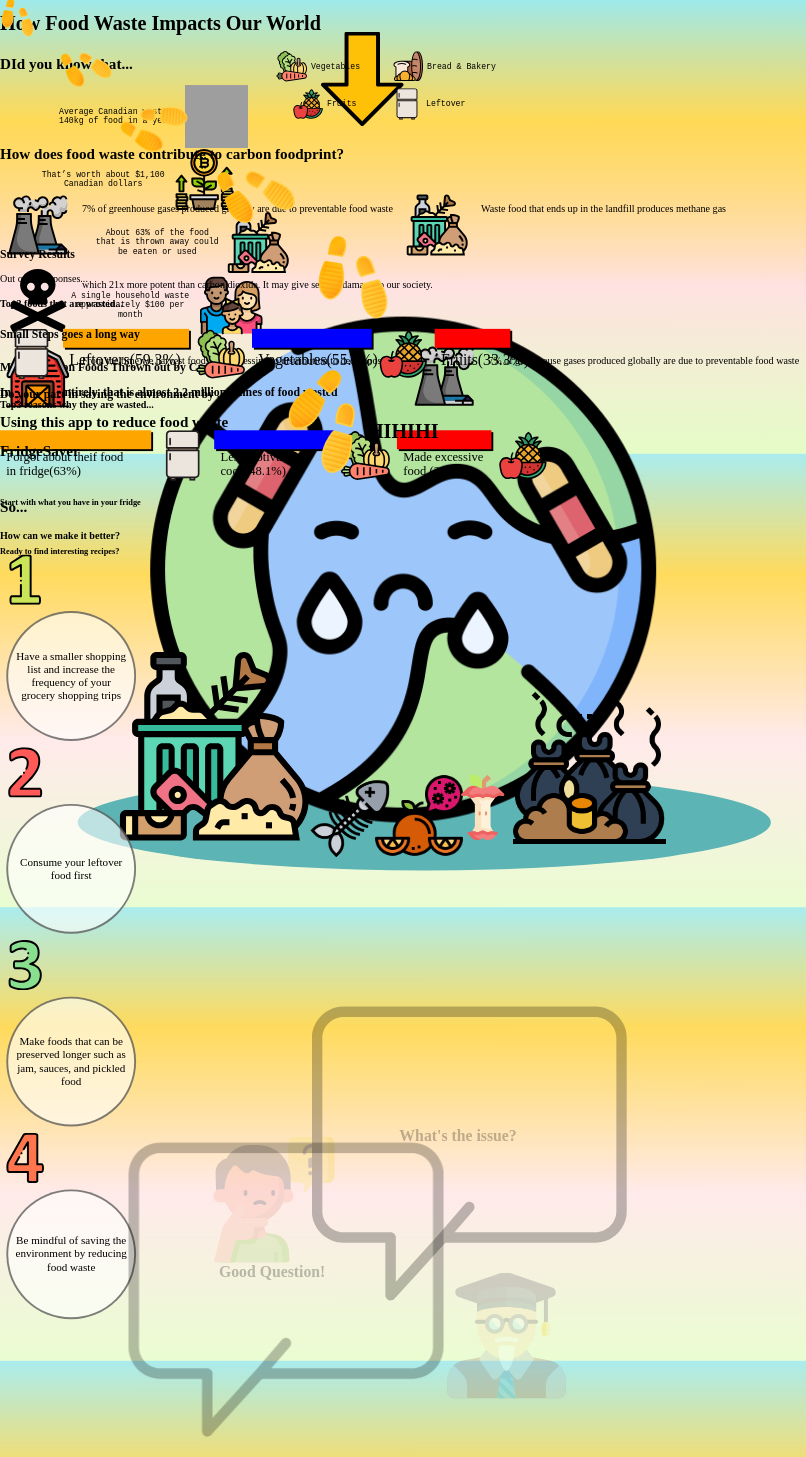
Repository: iorid3/Midterm
Page: index.html
An editor plug-in stored every save of this project. The page is shown before and after a run of saves, followed by the edit.
The browser window is 1280 px wide. The pictures show the whole page, at 63% of full size.
Pictures or frames that could not be fetched are drawn as grey boxes.

Above is the page before, as saved 2021-03-09 11:11:19.

After the next 2 saves:
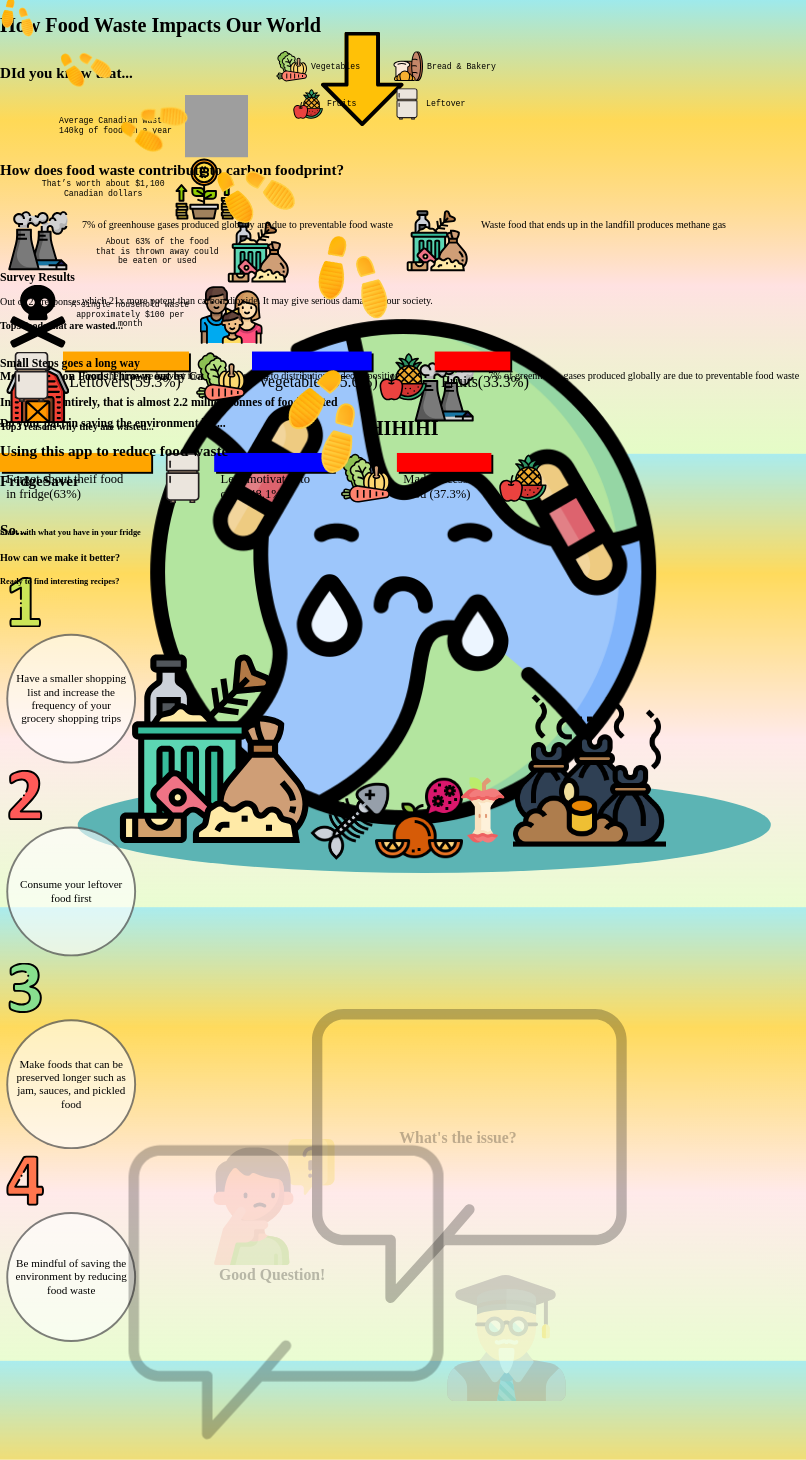
The 2 saves are shown as one change because they came seconds apart.
The last was saved 10 s later.
--- a/index.css
+++ b/index.css
@@ -39,6 +39,6 @@ html,body{
 
 .section5{
     width: 100%;
-    height:20%;
-    flex-grow:1;
+    height:10%;
+    flex-grow:2;
 }
